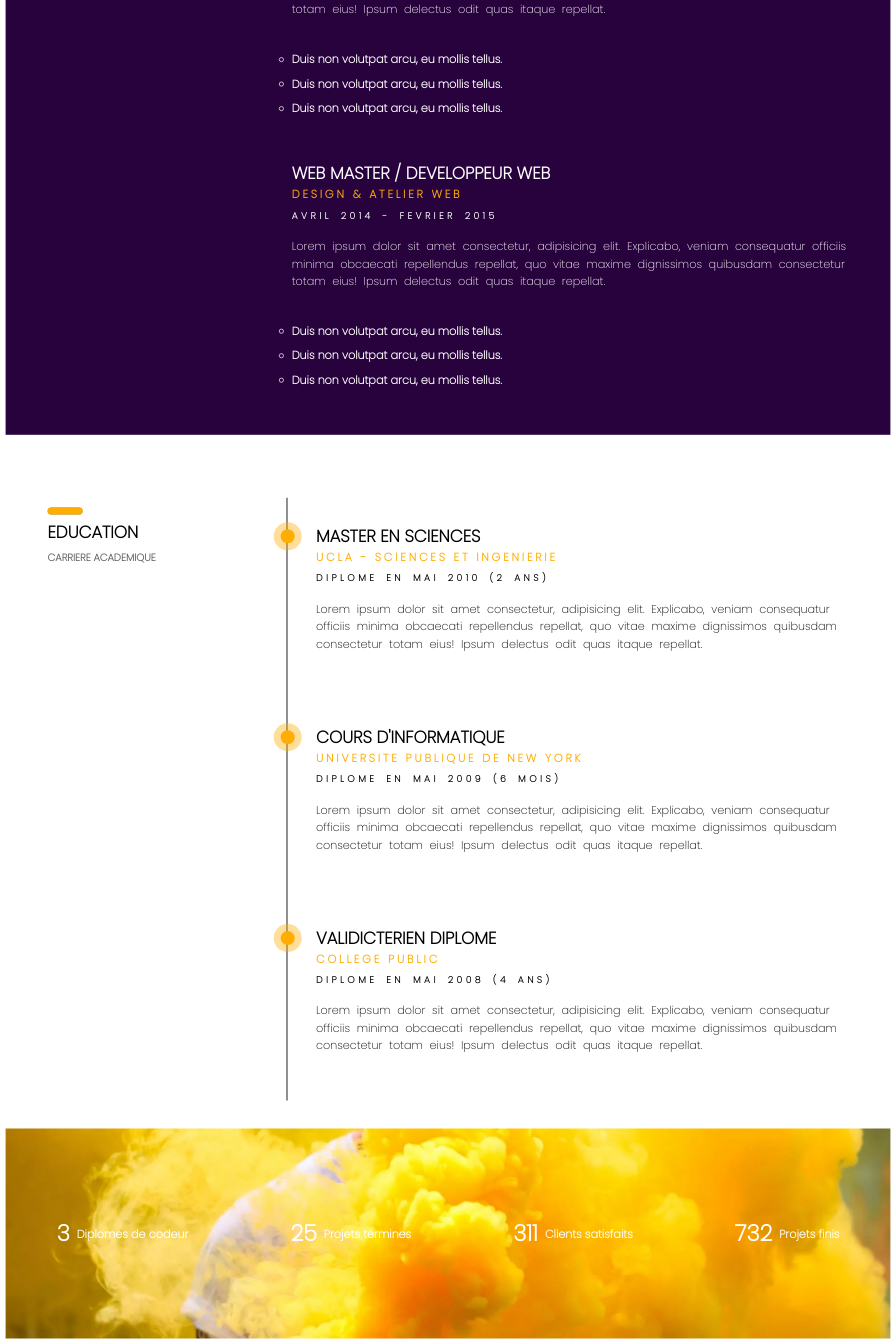
Repository: wadelfadill/CV_PORTFOLIO
Page: index.html
An editor plug-in stored every save of this project. The page is shown before and after the next save, followed by the edit.
The browser window is 1280 px wide. The pictures show the part of the page from y = 3573 to 5493 px (the page is 5493 px tall before and 5443 px after), at 70% of full size.
Some icons come from a web library that is not loaded, so they are not drawn. Backgrounds fixed to the window are drawn as part of the page.

Above is the page before, as saved 2023-03-16 19:07:33.

After the next save:
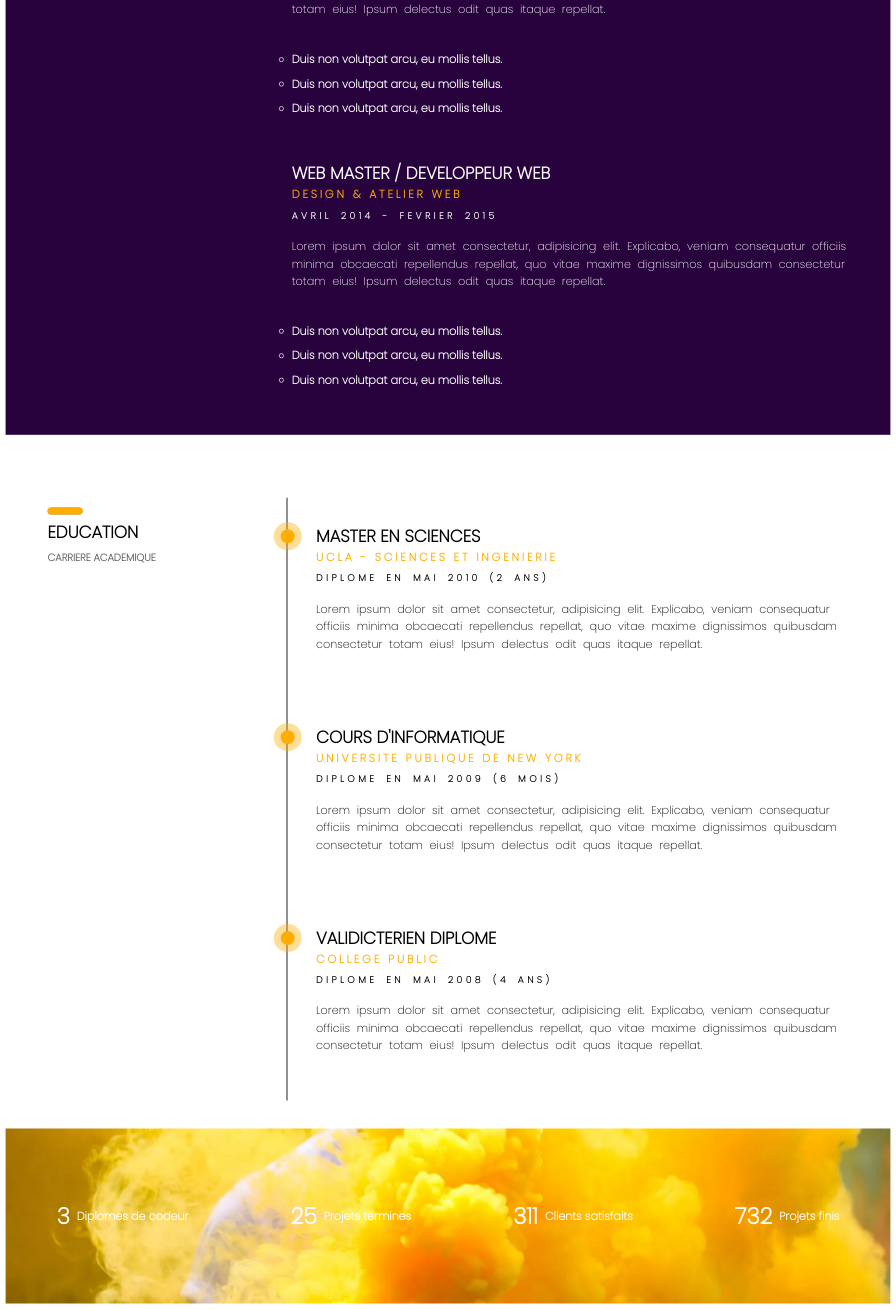
Saved 37 s later.
--- a/style.css
+++ b/style.css
@@ -590,7 +590,7 @@ svg{
     background-size: cover;
     background-position: center;
     width: 100%;
-    height: 300px;
+    height: 250px;
     display: flex;
     justify-content: space-around;
     align-items: center;
